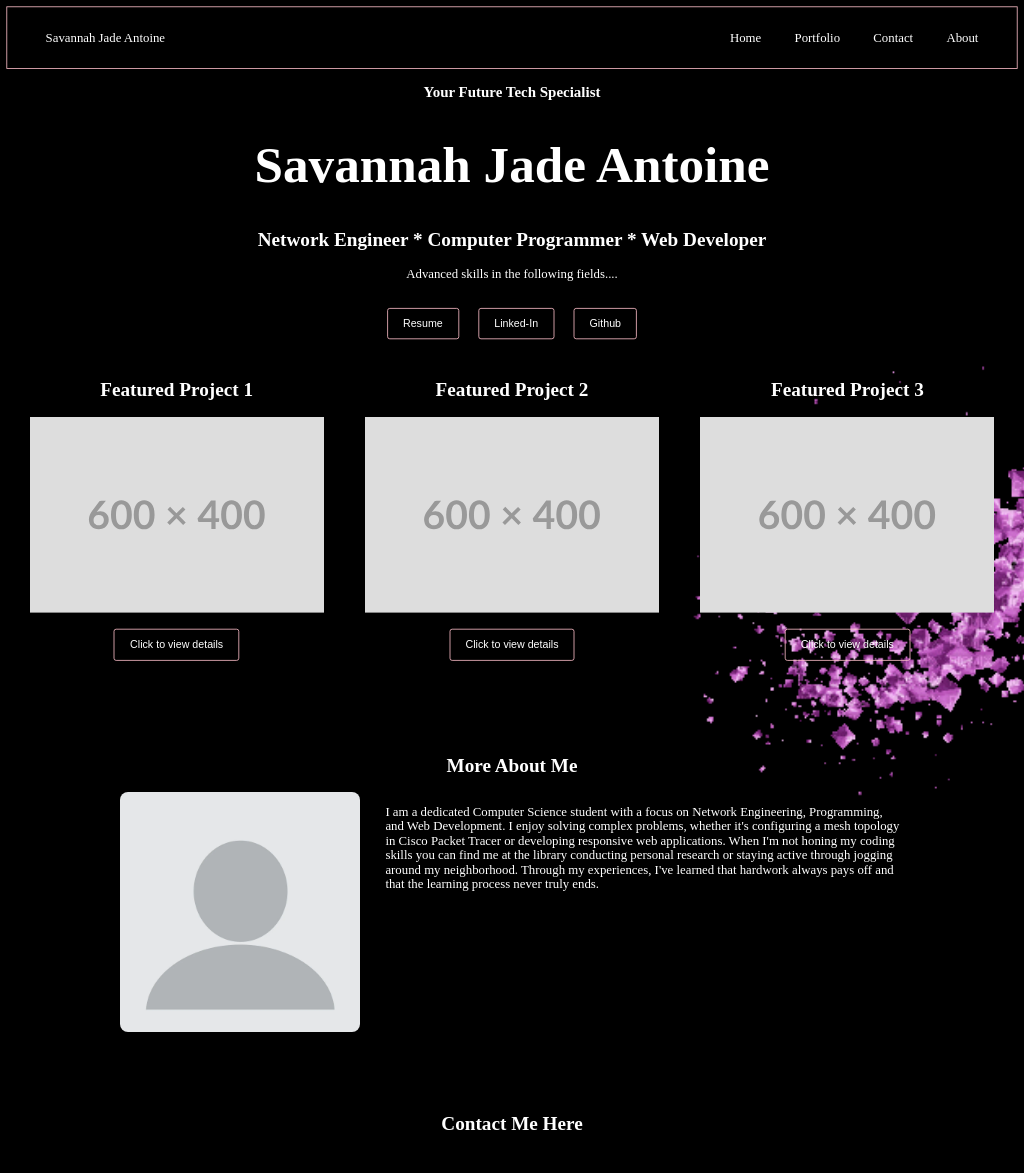
Repository: Savannah-Antoine/Savannah-Antoine
Page: index.html
An editor plug-in stored every save of this project. The page is shown before and after the next save, followed by the edit.
The browser window is 1280 px wide. The pictures show the whole page, at 80% of full size.

Above is the page before, as saved 2026-05-15 14:21:29.

### index.html
<!DOCTYPE html>
<html lang="en">
<head>
    <meta charset="UTF-8">
    <meta name="viewport" content="width=device-width, initial-scale=1.0">
    <link rel = "stylesheet" href = "./styles/index.css" />
    <link rel = "stylesheet" href = "./styles/globals.css" />
    <title>Savannah Jade Antoine Portfolio</title>
</head>
<body>
<header>
    <nav>
        <ul class = "homeButton">
           <li><a href = "index.html">Savannah Jade Antoine</a></li>
        </ul>
        <ul class = "navigation">
  <li><a href="index.html">Home</a></li>
  <li><a href="#PortfolioSection">Portfolio</a></li>
  <li><a href="#ContactMe">Contact</a></li>
  <li><a href="#AboutMe">About</a></li>
</ul>

</nav>
<h3>Your Future Tech Specialist</h3>
<h1> Savannah Jade Antoine</h1>
<h2>Network Engineer * Computer Programmer * Web Developer</h2>
<p> Advanced skills in the following fields....</p>
<div class = "infoButtons">
<a href = "Savannah Jade Resume (1).pdf"><button>Resume</button></a>
<a href = "www.linkedin.com/in/savannah-antoine-ab0756390"><button>Linked-In</button></a>
<button>Github</button>
</div>

</header>
<main class = "container">
<section id = "PortfolioSection" class = "project-card">

<h2>Featured Project 1</h2>
<img src = "./assets/images/placeholder1.svg" alt = "First Portfolio placeholder image" />
<p><a href = "./pages/project-name-1.html"><button>Click to view details</button></a>
</section>


<section class = "project-card">
<h2>Featured Project 2</h2>
<img src = "./assets/images/placeholder1.svg" alt = "Second Portfolio placeholder image" />
<p><a href = "./pages/project-name-2.html"><button>Click to view details</button></a>
</section>
<section class = "project-card">
<h2>Featured Project 3</h2>
<img src = "./assets/images/placeholder1.svg" alt = "Third Portfolio placeholder image" />
<p><a href = "./pages/project-name-3.html"><button>Click to view details</button></a>
</section>

<section id = "AboutMe">
<h2>More About Me</h2>
<div  class = "aboutMe"> <img src = "./assets/images/profilepic.png" alt = "profile picture" />

<p>I am a dedicated Computer Science student with a focus on Network Engineering, Programming, and Web Development.
I enjoy solving complex problems, whether it's configuring a mesh topology in Cisco Packet Tracer or developing responsive web applications.
When I'm not honing my coding skills you can find me at the library conducting personal research or staying active through jogging around my neighborhood.
Through my experiences, I've learned that hardwork always pays off and that the learning process never truly ends.
</P>
</div>
</section>

<section id = "ContactMe">
<h2>Contact Me Here</h2>

</section>



</main>

</body>
</html>

### styles/index.css
.container{
  display: flex;
    flex-direction: column;
    align-items: center;
    gap: 2rem;
    padding: 1.2rem;

}
#AboutMe{
  text-align: center;
  justify-content: center;


}
.aboutMe{
    display: flex;
    flex-direction: column;      /* Side-by-side */
    align-items: center;
    text-align: left;       /* Vertically centers image and text */
    gap: 2rem;
}


.navigation {
    display: grid;
    grid-template-columns: repeat(2, 1fr);
    gap: 0.6rem;
    text-align: right;
}


body h1{
    font-size: 2.5rem;

}

img{
    width: 100%;
    max-width: 400px;
    height: auto;
}

@media screen and (min-width: 768px)
{




    #AboutMe img {
        width: 300px;
        border-radius: 10px;
    }
   body h1 {
        font-size: 4rem;
    }
    .container {
        flex-direction: row;
        flex-wrap: wrap;
        align-items: flex-start;
        justify-content: space-around;
    }
    .project-card {
        width: 30%;
        min-width: 250px;
        text-align: center;
    }


    .navigation{
        display:flex;
    }

}


@media screen and (min-width: 1000px)
{
    .container {
        margin: 0 auto;
    }
    .aboutMe {
        flex-direction: row;
        justify-content: center;
        align-items: flex-start;
        text-align: left;

    }
    #AboutMe
    {
        padding: 50px 10%;
        text-align: center;
        justify-content: center;
      max-width: 1000px;
    }

}

### styles/globals.css
body {
    background-color: black;
  background-image: url(/assets/images/background-pic.gif);
  background-repeat: no-repeat;
  background-size: cover;
  color: white;
  font-size: 1rem;
  text-align: center;
}



.homeButton{
  order: -1;
  list-style-type: none;
  margin: 0;
  padding: 0;
  display: flex;
  justify-content: left;

}


nav {
    display: flex;
    justify-content: space-between;
    align-items: center;
    padding: 1rem 2rem;

    border: 0.1rem solid pink;
    cursor: pointer;


}



nav ul {
    display: flex;
    list-style: none;
    gap: 1rem;
    margin: 0;
    padding: 0;
}
button {
    padding: 0.7rem 1.2rem;
    background-color: transparent;
    color: white;
    border: 0.1rem solid pink;
    cursor: pointer;
    transition: all 0.3s ease;
    border-radius: 0.2rem;
    gap: 1rem;
}
button:hover {
    background-color: pink;
    color: rgb(31, 1, 31);
    transform: translateY(-3px);
    box-shadow: 0 0.3rem 1rem rgba(255, 255, 255, 0.3);
}

.infoButtons {
    display: flex;
    justify-content: center;
    gap: 1.5rem;
    margin-top: 1.4rem;
    min-width: 100px;
    padding: 0.7rem 0.9rem;
}

li a {
  display: block;
  color: white;
  padding: 0.8rem 1rem;
  text-decoration: none;
}

ul li a:hover {
 background-color: pink;
  color: rgb(31, 1, 31);
  box-shadow: 0 0.5rem 0.9rem rgba(255, 255, 255, 0.3)
}

h1{

  font-size: 4rem;
}

After the next save:
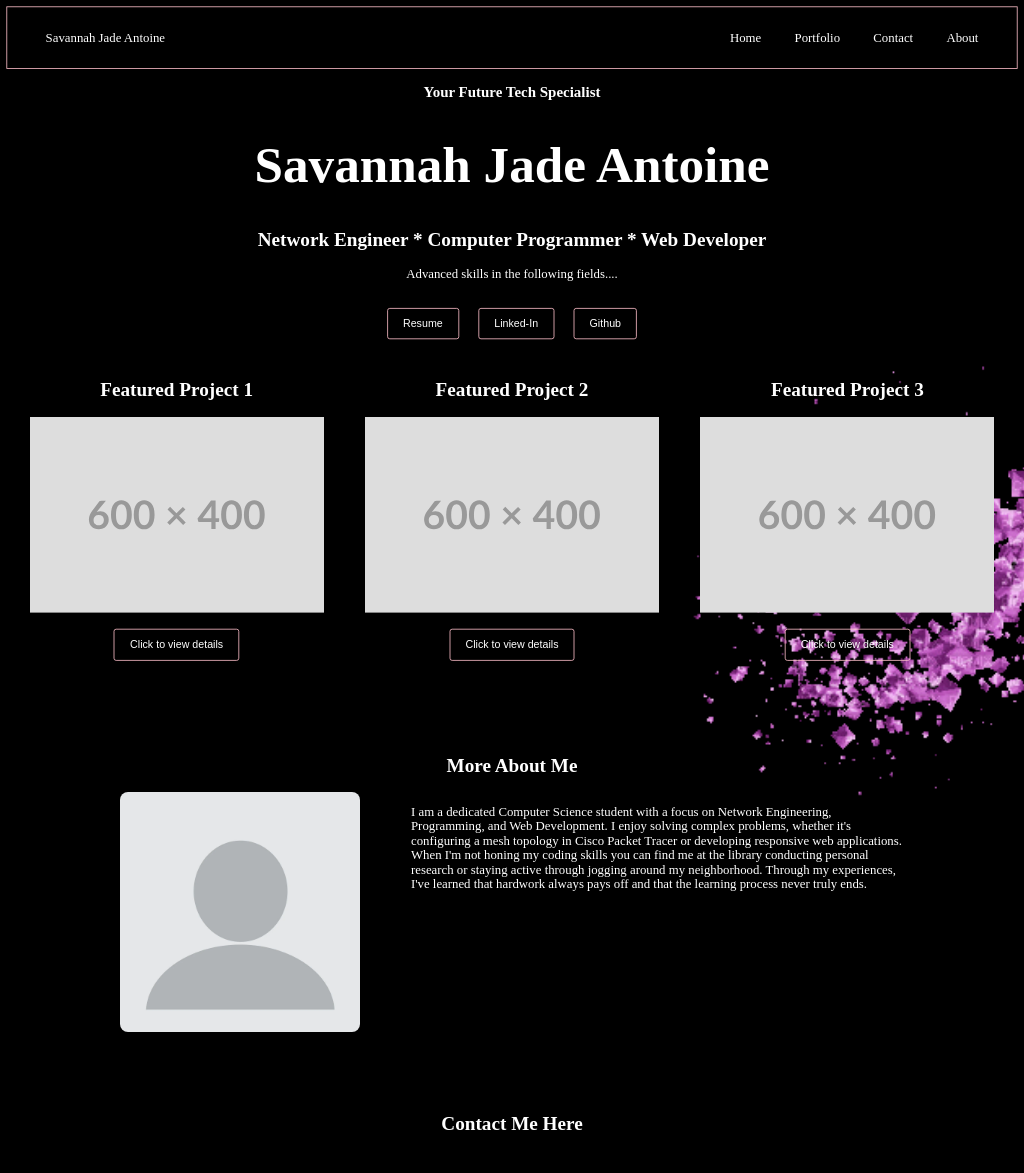
Saved 88 s later.
--- a/styles/index.css
+++ b/styles/index.css
@@ -83,6 +83,7 @@ img{
         justify-content: center;
         align-items: flex-start;
         text-align: left;
+        gap: 4rem;
 
     }
     #AboutMe
